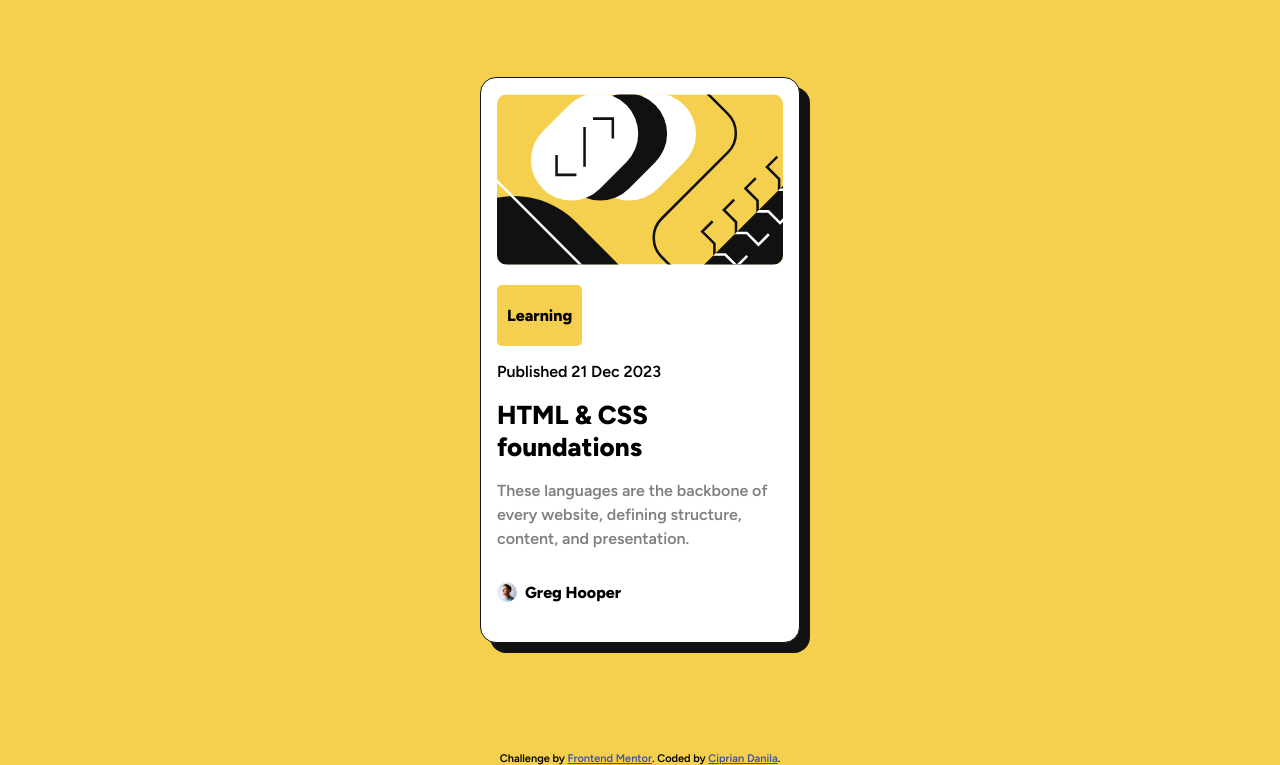
Repository: cipdanila/blog-preview-card
Page: index.html
These files come from the project's save history. The page is drawn as it stood at one moment and after the next save; the edit follows.
The browser window is 1280 px wide. The pictures show the whole page.

Above is the page before, as saved 2024-01-28 14:29:06.

After the next save:
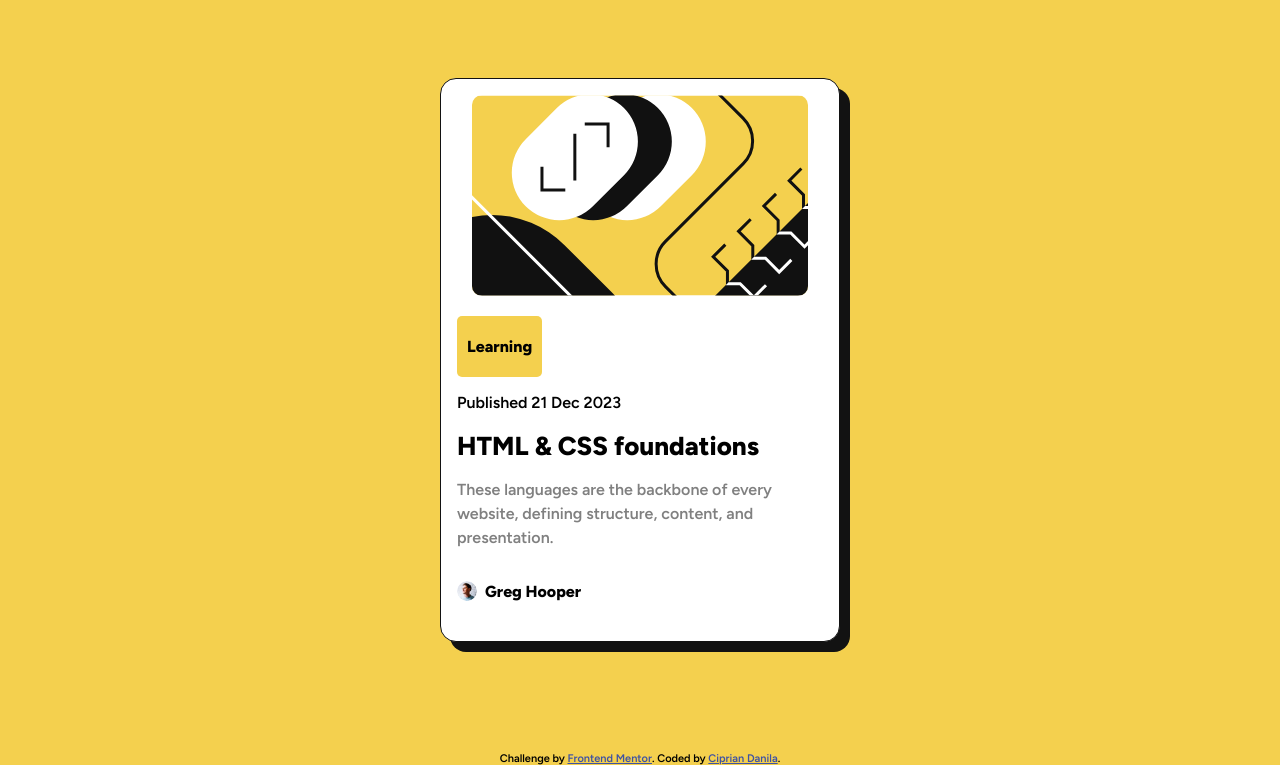
Saved 8 s later.
--- a/style.css
+++ b/style.css
@@ -33,7 +33,7 @@
 }
 
 .card {
-    max-width: 20rem;
+    max-width: 25rem;
     border-radius: 1rem;
     border: 1px solid var(--black);
     box-shadow: 10px 10px var(--black);
